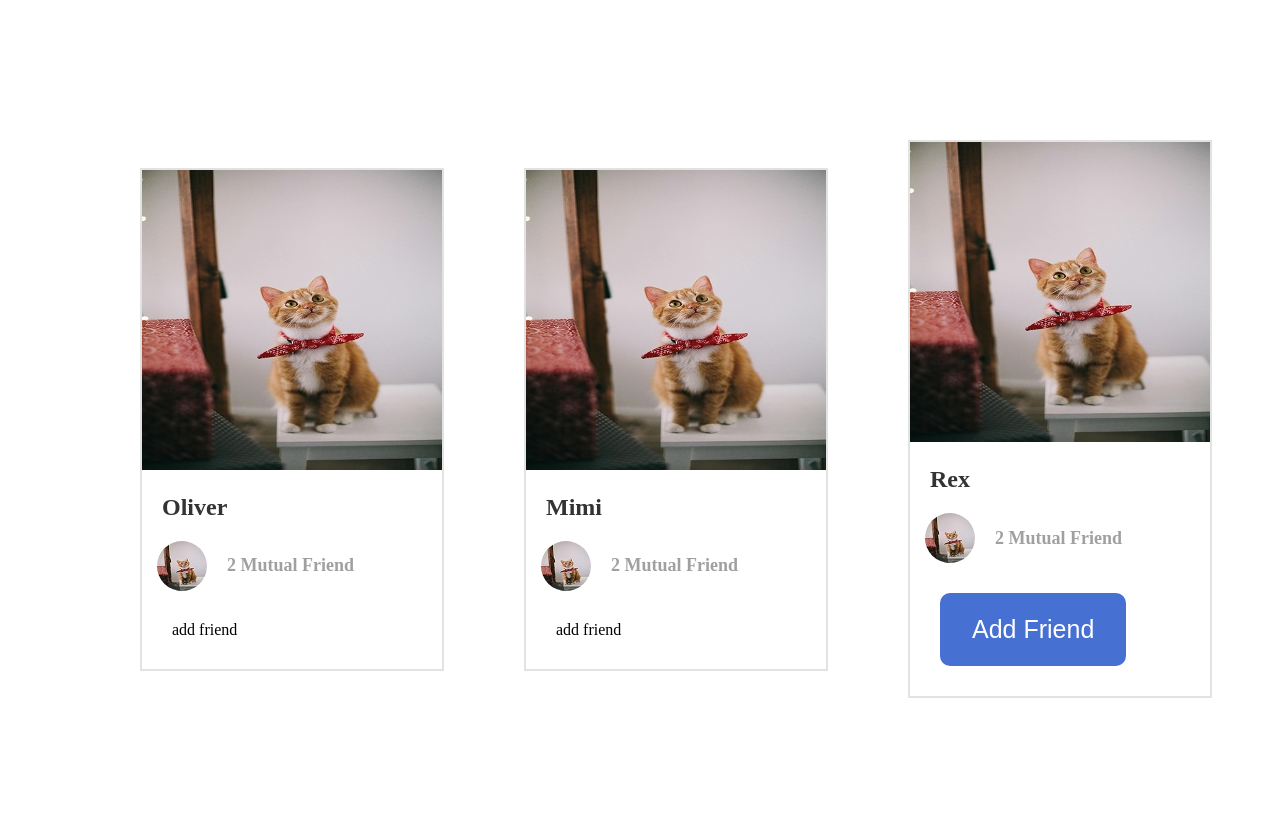
Repository: arifshahriyarnader/css-flexbox
Page: Exercise 2/index.html
An editor plug-in stored every save of this project. The page is shown before and after the next save, followed by the edit.
The browser window is 1280 px wide. The pictures show the whole page.

Above is the page before, as saved 2024-06-16 01:45:32.

After the next save:
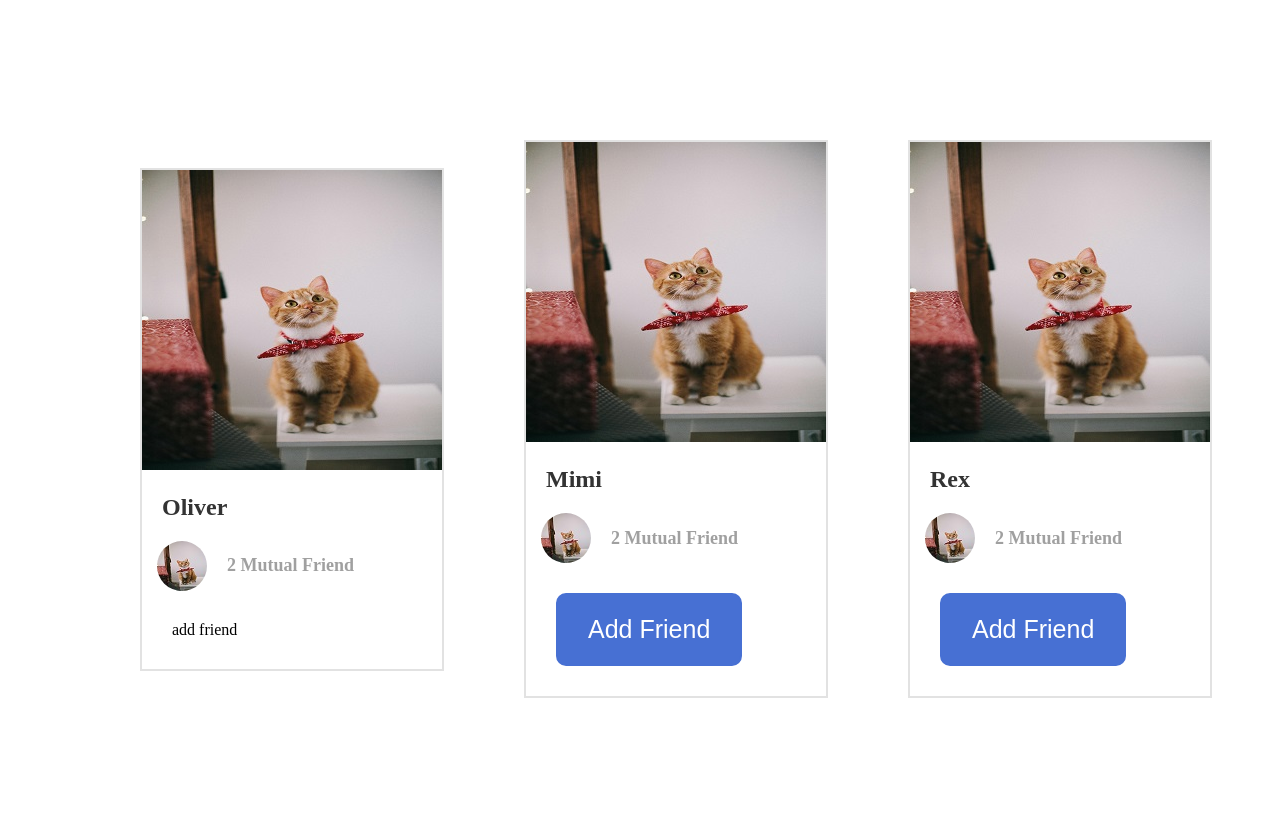
Saved 21 s later.
--- a/Exercise 2/index.html
+++ b/Exercise 2/index.html
@@ -29,7 +29,7 @@
                     <p>2 Mutual  Friend</p>
                 </div>
                 <div class="add_friend">
-                    <p>add friend</p>
+                    <button type="submit">add friend</button>
                 </div>
             </div>
 
